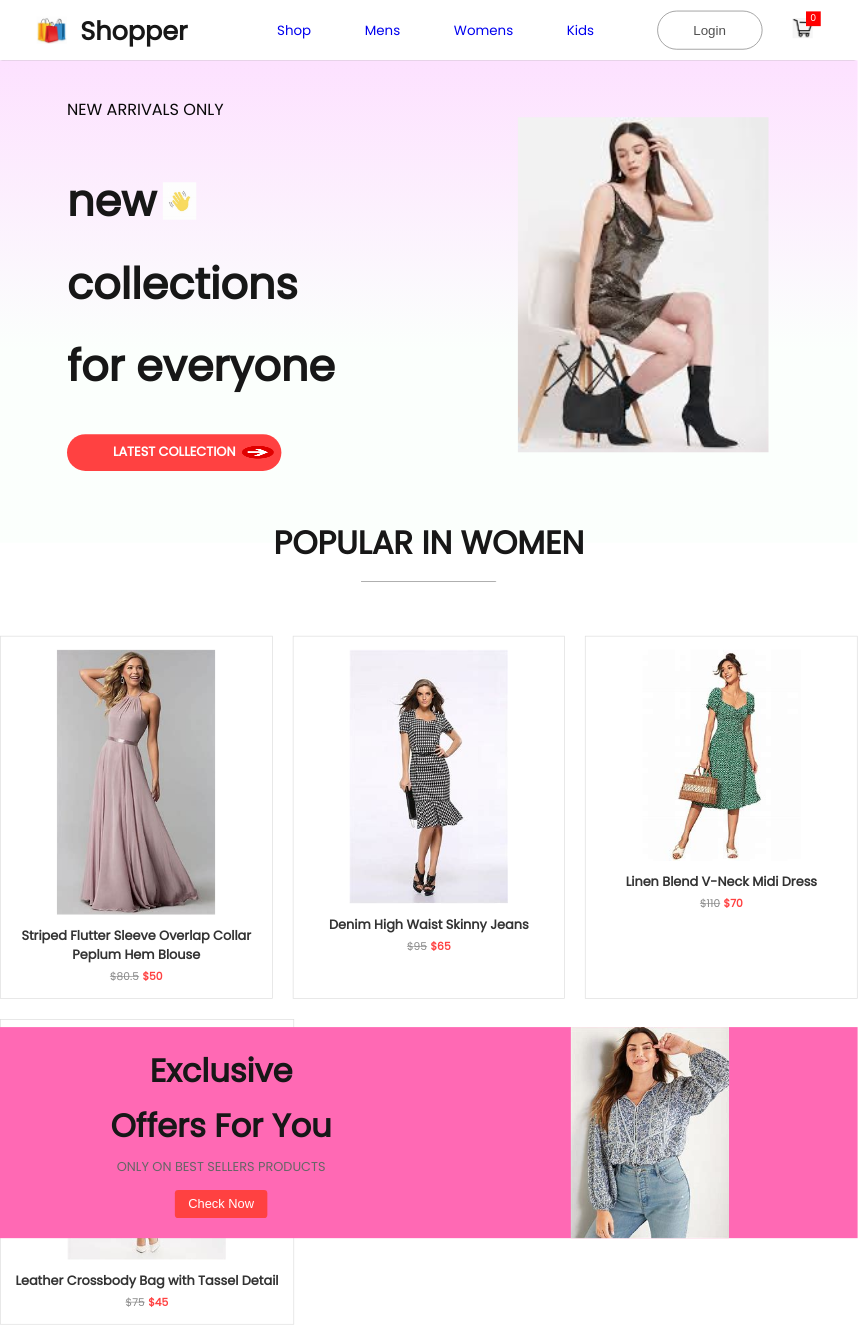
Repository: sshaiv/Shoppie_EcommerceAPP
Page: /
An editor plug-in stored every save of this project. The page is shown before and after a run of saves, followed by the edit.
The browser window is 1280 px wide. The pictures show the whole page, at 67% of full size.
The project was rebuilt for these pictures with package versions that can differ from the ones it lists, and the page was loaded fresh each time. Also part of the build but not shown: src/App.css, src/Components/Pages/ShopCategory.jsx, src/Components/Pages/Product.jsx, src/Components/Pages/Cart.jsx, src/Components/Pages/LoginSignup.jsx.

Above is the page before, as saved 2024-07-16 18:42:54.

After the next 2 saves:
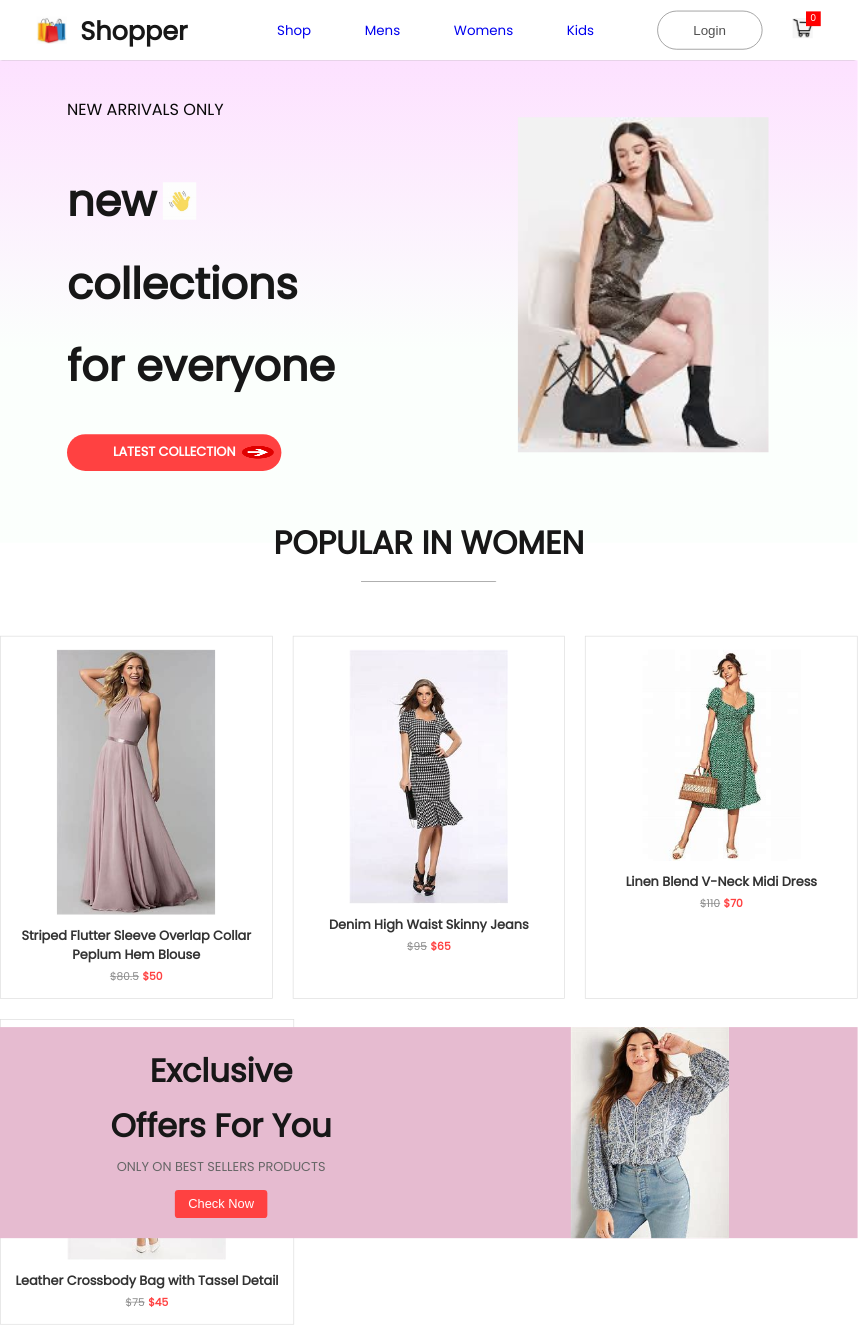
The 2 saves are shown as one change because they came seconds apart.
The last was saved 23 s later.
--- a/src/Components/Offers/Offers.css
+++ b/src/Components/Offers/Offers.css
@@ -5,7 +5,7 @@
     margin: 50px 0;
     position: relative;
     top: 25px;
-    background-color: hotpink;
+    background-color: rgb(230, 187, 208);
   }
 
   .offers-left {
